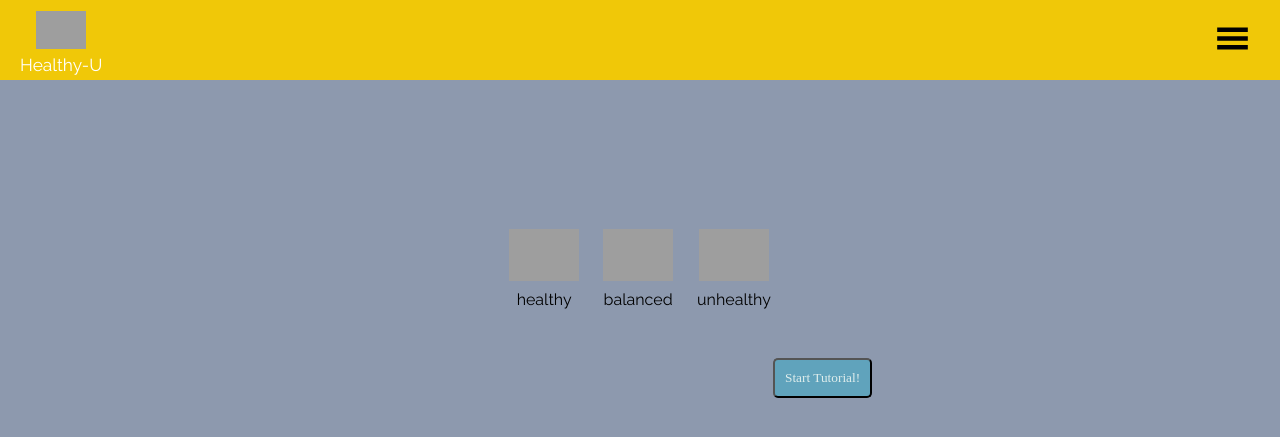
Repository: smashy09/healthy-share
Page: /InformationPage
An editor plug-in stored every save of this project. The page is shown before and after the next save, followed by the edit.
The browser window is 1280 px wide. The pictures show the whole page.
Pictures or frames that could not be fetched are drawn as grey boxes. The project was rebuilt for these pictures with package versions that can differ from the ones it lists, and the page was loaded fresh each time. The framework's server and built-in components were replaced by stand-ins that run in the browser. Also part of the build but not shown: next.config.js.

Above is the page before, as saved 2020-05-14 23:47:53.

### pages/_app.js
// import App from 'next/app'
import './app.css';

function MyApp({ Component, pageProps }) {
    return <Component {...pageProps} />
  }

  // Only uncomment this method if you have blocking data requirements for
  // every single page in your application. This disables the ability to
  // perform automatic static optimization, causing every page in your app to
  // be server-side rendered.
  //
  // MyApp.getInitialProps = async (appContext) => {
  //   // calls page's `getInitialProps` and fills `appProps.pageProps`
  //   const appProps = await App.getInitialProps(appContext);
  //
  //   return { ...appProps }
  // }

  export default MyApp

### pages/_document.js
import Document, { Html, Head, Main, NextScript } from 'next/document'


class MyDocument extends Document {
  static async getInitialProps(ctx) {
    const initialProps = await Document.getInitialProps(ctx)
    return { ...initialProps }
  }

  render() {
    return (
      <Html>
        <Head />
        <body>
        <link href="https://fonts.googleapis.com/css2?family=Raleway&display=swap" rel="stylesheet"></link>
          <Main />
          <NextScript />
        </body>
      </Html>
    )
  }
}

export default MyDocument

### pages/InformationPage/index.js
import Router from 'next/router';
import React from 'react';
import './info.css';
import Header from '../../comps/Header';
import CustomText from '../../comps/CustomText';
import CustomButton from '../../comps/CustomButton';

//Info Page


function NextPage(){
    Router.push("/AnimationPage1");
}
//homePage
const healthyImg = require('./healthyicon.png');
const balancedImg = require('./balancedicon.png');
const unhealthyImg = require('./unhealthyicon.png');

const InformationPage = ({backgroundColor, healthytxt, balancedtxt, unhealthytxt, healthyImg, balancedImg, unhealthyImg}) => <div
style={{backgroundColor:backgroundColor}}

  id="All_info_page">
    <Header/>
    <CustomText fontSize={22}  text="Welcome to Healthy-U!"/>
    <CustomText fontSize={18}  text="Health-U goal is to help you be more aware of
your lifestyle by gathering information based on
your answers for the survey!"/>
 <CustomText fontSize={22} text="How to Use!"/>
 <CustomText fontSize={18} text="Whenever you're ready just click start survey.
There will be 3 questions
Pick the answer that represents you the closest."/>
  <div className="card_answers">
        <div className="options">
            <img src={healthyImg} />
            {healthytxt}
        </div>

        <div className="options">
           <img src={balancedImg} />
            {balancedtxt}
         </div>

        <div className="options">
           <img src={unhealthyImg} />
            {unhealthytxt}
        </div>
    </div>
<CustomText fontSize={18} text="After answering you will be given results
filled with info on how to become a better U! "/>
<div className="info_button">
<CustomButton className="R_button" text="Start Tutorial!" onClick={NextPage}/>
</div>
</div>

InformationPage.defaultProps = {
    place:"New Button",
    color:"#000",
    healthytxt:"healthy",
    balancedtxt:"balanced",
    unhealthytxt:"unhealthy",
    healthyImg:healthyImg,
    balancedImg:balancedImg,
    unhealthyImg:unhealthyImg,
}
export default InformationPage;

### pages/app.css
*{
    font-family: 'Raleway', sans-serif;
}

### pages/InformationPage/info.css
body {
    background-color: #8D99AE;
}

.All_info_page{
    text-align: center;

}
.All_info_page p{
 margin-bottom: 2px;
}

.card_answers{
    display: flex;
    justify-content: center;
    align-items: center;
}

.options{
    display: inline-flex;
    flex-direction: column;
    align-items: center;
    /* border: solid 1px gray; */
    border-radius: 25px;
    margin: 10px;
    padding: 2px;

}

.options img{
    width: 70px;
    height: 70px;
    object-fit: contain;
}

.info_button{
    position: absolute;
    left: 60%;
}

### comps/Header/index.js
import React from 'react';
import Link from 'next/link';
import './header.css'
import {GiHamburgerMenu} from 'react-icons/gi';


const logoImg = require('./logo.png');

const Header = ({ text, color, fontSize, text1, text2, text3,text4, lineHeight}) => <div>
    <div className="HeaderContainer">
        <div className="HeaderLogo" style={{color, fontSize}} > <Link href="/HomePage"><img src={logoImg}/></Link><div>{text}</div></div>
        <div className="HamburgerMenu" onClick={MenuToggle}><GiHamburgerMenu size="35" /></div>
        <div className="HamburgermenuContainer" style={{fontSize, lineHeight}}>
        <Link href="/InformationPage"><div className="HamburgerItem">{text4}</div></Link>
            <Link href="/AnimationPage1"><div className="HamburgerItem">{text1}</div></Link>
            <Link href="/Survey1"><div className="HamburgerItem">{text2}</div></Link>
            <Link href="/ResultPage"><div className="HamburgerItem">{text3}</div></Link>
        </div>
    </div>
</div>

Header.defaultProps = {
    text: "Healthy-U",
    color: "#fff",
    fontSize: "13pt",
    text1: "Tutorial",
    text2: "Survey",
    text3: "Result",
    text4: "Information",
    lineHeight: "2em"
}


var menuState = false;
function MenuToggle() {
    if (menuState === true) {
        document.querySelector(".HamburgermenuContainer").style.display = "none";
        menuState = false;

    } else {
        document.querySelector(".HamburgermenuContainer").style.display = "block";
        menuState = true;
    }
}

export default Header;

### comps/CustomText/index.js
import React from 'react';
import './text.css';


//text

const CustomText = () => <div className="custom_text_box">
<p className="custom_text"></p>
</div>

CustomText.defaultProps = {
    color:"#3A3D42",
    text:"Hello There!",
    fontSize:"10px"
}

export default CustomText;

### comps/CustomButton/index.js
import React from 'react';
import './button.css';

//madec the UI

const CustomButton = ({text, backgroundColor, color, onClick}) => <div className="custom_button_box">
<button className="custom_button" style={{backgroundColor:backgroundColor, color:color}} onClick={onClick} > {text} </button>
</div>

function ButtonClick() {
    alert("clicked")
}

CustomButton.defaultProps = {
    backgroundColor:"#60a3bc",
    color:"#DEEDEC",
    text:"Start Survey",
    onClick:ButtonClick
}
export default CustomButton;

### comps/Header/header.css
body, html{
    margin:0;
}

.HeaderContainer {
    width: 100%;
    height: 80px;
    background-color:#F0C808;
    display: inline-flex;
    align-items: center;
}

.HeaderLogo:hover {
    opacity: 0.7;
}

.HeaderLogo:hover {
    opacity: 0.7;
}

.HamburgerMenu {
    position: absolute;
    right: 30px;
}

.HamburgerMenu:hover{
    color: white;
}

.HeaderLogo {
    padding-left: 20px;
    display: inline-flex;
    flex-direction: column;
    align-items: center;
    justify-content: center;
}

.HeaderLogo img{
    width: 50px;
    height: 50px;
    object-fit: contain;

}

.HamburgermenuContainer {
    margin: 20px;
    width: 120px;
    background-color: #D9ECF0;
    border-radius: 7%;
    text-align: center;
    padding: 15px;
    position: absolute;
    right: 0;
    top: 35px;
    display: none;
    z-index: 1;
}

.HamburgermenuContainer:hover {
    opacity: 0.8;
}


.HamburgerItem:hover {
    color: rgb(214, 129, 157);
    cursor: pointer;
}

### comps/CustomText/text.css
.custom_text_box{
    font-family: 'Spectral', serif;
    display: flex;
    justify-content: center;
    }

### comps/CustomButton/button.css
.custom_button {
    display: flex;
    border-radius: 5px;
    padding: 10px;
    font-family: 'Spectral', serif;
    cursor: pointer;
    margin: 5px;
    box-shadow: pink 10px;
    }

After the next save:
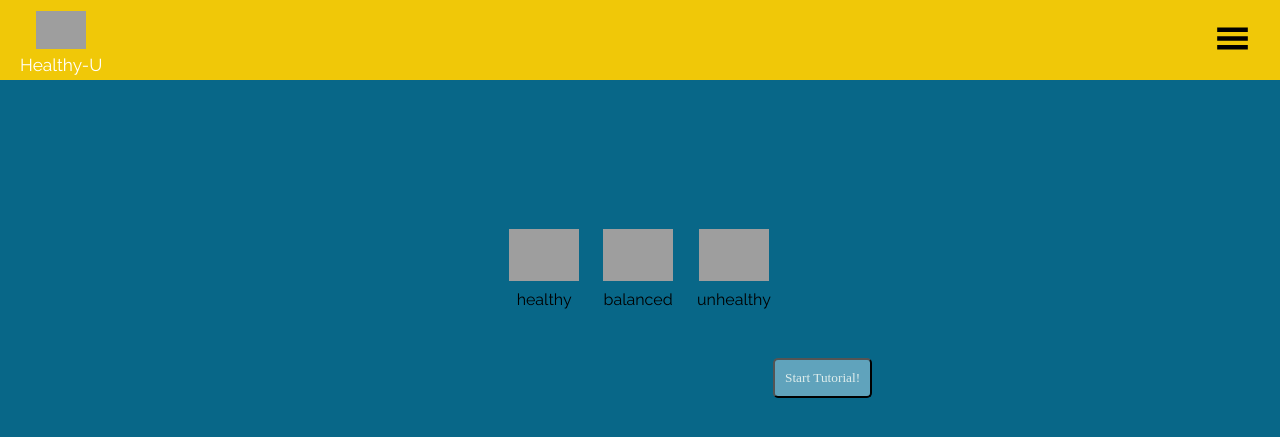
Saved 24 s later.
--- a/pages/InformationPage/info.css
+++ b/pages/InformationPage/info.css
@@ -1,5 +1,5 @@
 body {
-    background-color: #8D99AE;
+    background-color: #086788;
 }
 
 .All_info_page{
